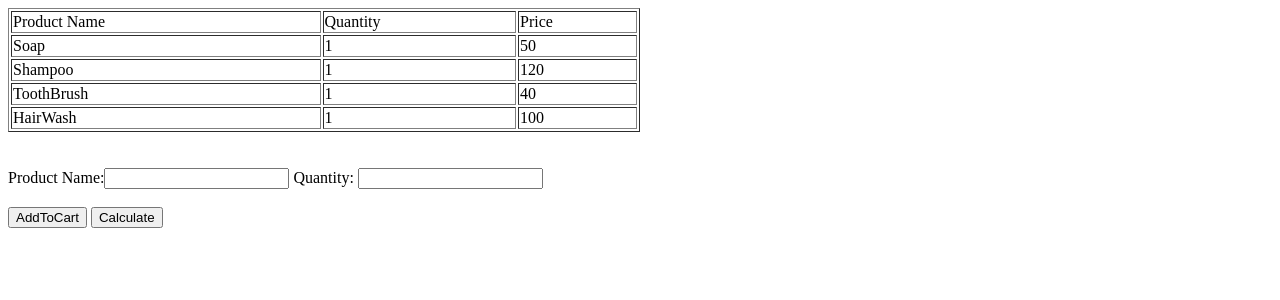
Repository: avishi14/Java_Practise
Page: webApplication/ValidateAge/WebContent/Product.html
These files come from the project's save history. The page is drawn as it stood at one moment and after the next save; the edit follows.
The browser window is 1280 px wide. The pictures show the whole page.

Above is the page before, as saved 2019-09-07 06:00:04.

After the next save:
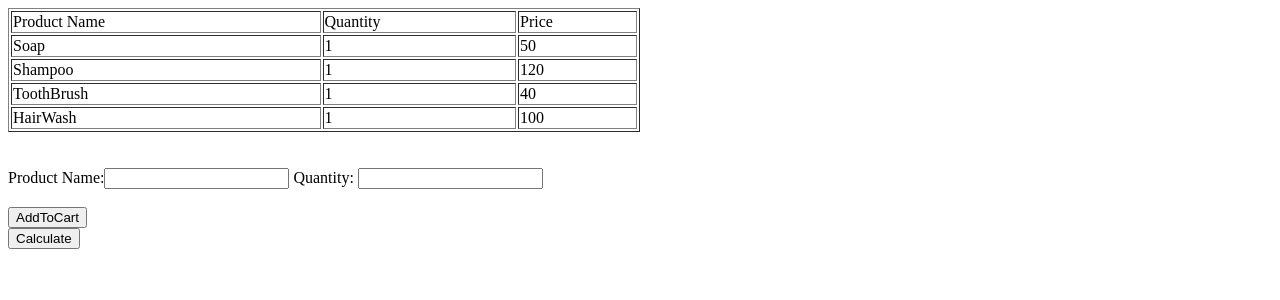
Saved 8 min 55 s later.
--- a/webApplication/ValidateAge/WebContent/Product.html
+++ b/webApplication/ValidateAge/WebContent/Product.html
@@ -26,6 +26,8 @@
 Product Name:<input type="text" name="prname"/>
 Quantity: <input type="text" name="qty"/><br><br>
 <input type="submit" name="AddToCart" value="AddToCart" />
+</form>
+<form action ="CalculatorService" method="post">
 <input type="submit" name="Calculate" value="Calculate" />
 </form>
 </body>

After the save that followed:
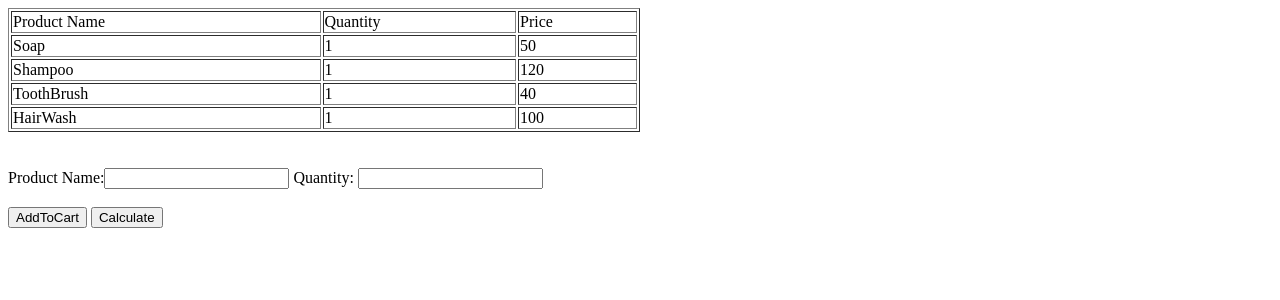
Saved 2 min 22 s later.
--- a/webApplication/ValidateAge/WebContent/Product.html
+++ b/webApplication/ValidateAge/WebContent/Product.html
@@ -26,9 +26,10 @@
 Product Name:<input type="text" name="prname"/>
 Quantity: <input type="text" name="qty"/><br><br>
 <input type="submit" name="AddToCart" value="AddToCart" />
+<input type="submit" name="Calculate" value="Calculate" />
 </form>
 <form action ="CalculatorService" method="post">
-<input type="submit" name="Calculate" value="Calculate" />
+
 </form>
 </body>
 </html>
